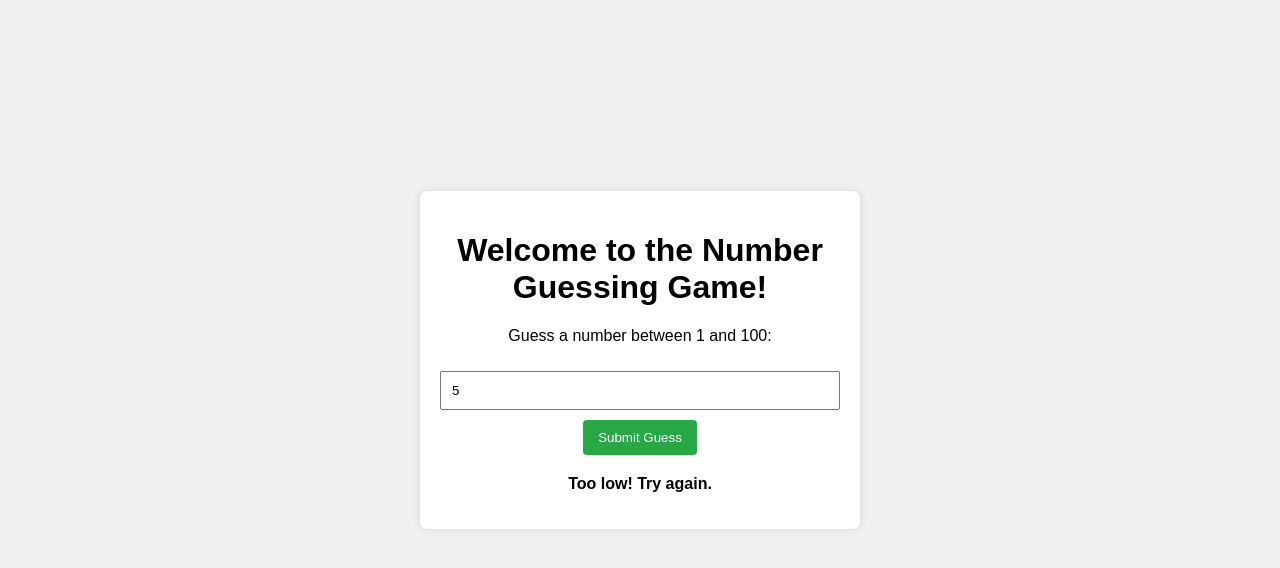
Repository: Rahim-Ullah/hexoforge-bootcamp
Page: phase-2-js-basic/guessing-game.html
An editor plug-in stored every save of this project. The page is shown before and after a run of saves, followed by the edit.
The browser window is 1280 px wide. The pictures show the whole page.
Empty fields were first filled with sample values (such as "Sample", 5 or name@example.com).
After loading, the first visible `#submitGuess` was clicked once.

Above is the page before, as saved 2025-09-06 12:40:44.

After the next 2 saves:
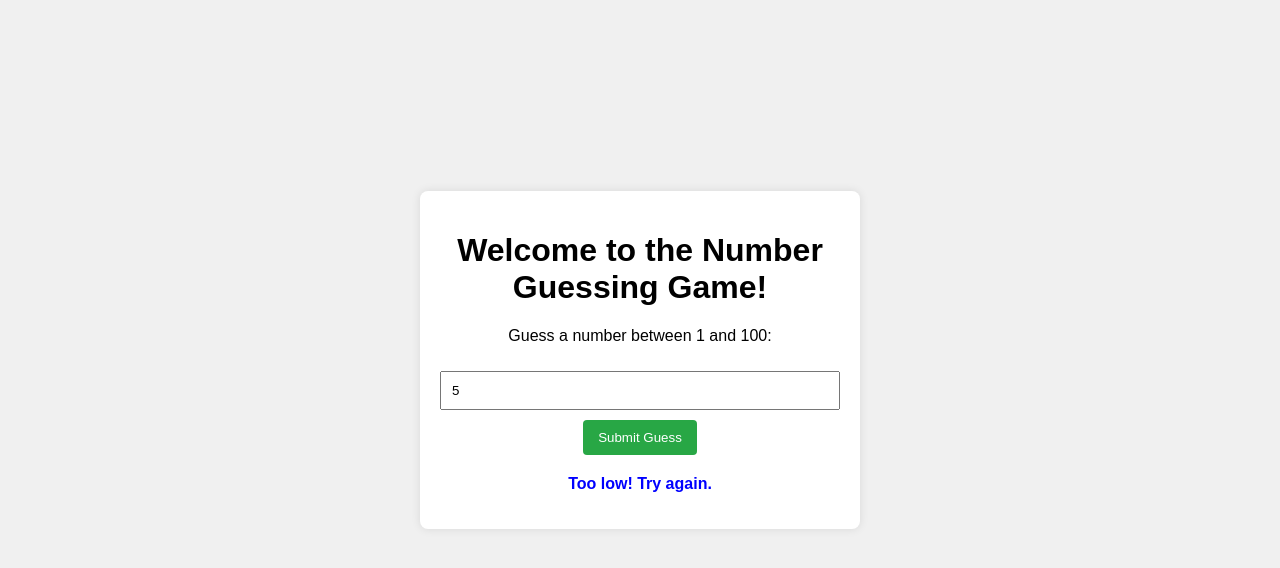
The 2 saves are shown as one change because they came seconds apart.
The last was saved 8 s later.
--- a/phase-2-js-basic/guessing-game.html
+++ b/phase-2-js-basic/guessing-game.html
@@ -81,9 +81,10 @@
                 resultMessage.textContent = 'Congratulations! You guessed the correct number in ' + counter + ' attempts.';
             } else if (userGuess < randomNumber) {
                 resultMessage.textContent = 'Too low! Try again.';
-
+                resultMessage.style.color = 'blue';
             } else {
                 resultMessage.textContent = 'Too high! Try again.';
+                resultMessage.style.color = 'red';
             }
         });
     </script>
